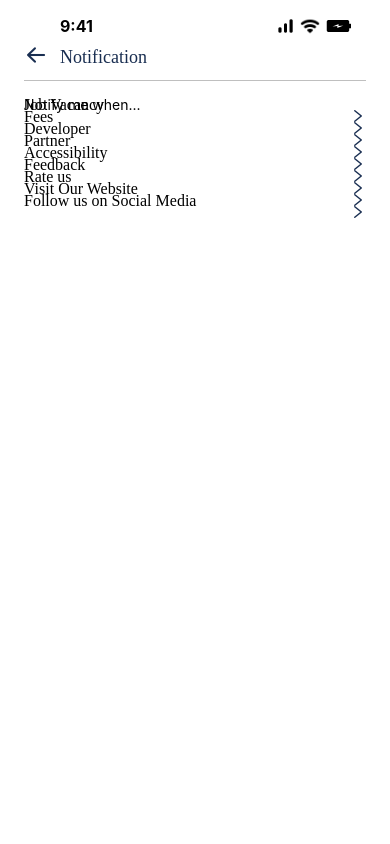
Repository: tnmod/Erabook
Screen: / (app in app/)
An editor plug-in stored every save of this project. The screen is shown before and after a run of saves, followed by the edit.
The app was drawn by React Native's web renderer in a window 390 px wide. The project was rebuilt for these pictures with package versions that can differ from the ones it lists, and the page was loaded fresh each time. Imported but missing from the stored project, and not drawn on this page: app/src/redux/features/CounterAPI.

Above is the screen before, as saved 2023-05-25 15:05:00.

After the next 8 saves:
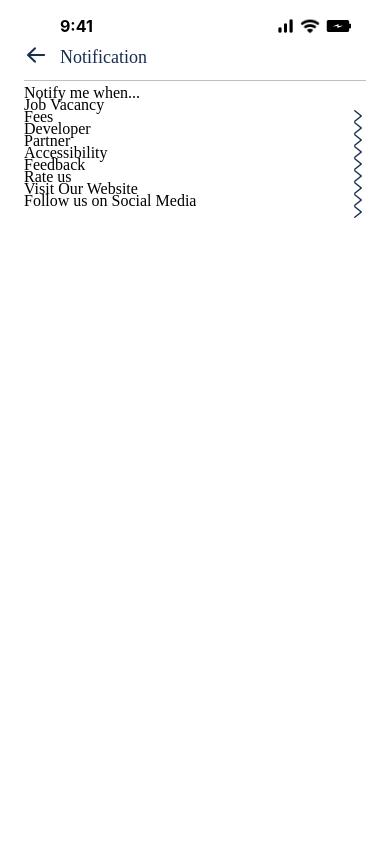
The 8 saves are shown as one change because 1 did not build or start and some came seconds apart.
The last was saved 28 s later.
--- a/app/src/screens/Notification/Notification.tsx
+++ b/app/src/screens/Notification/Notification.tsx
@@ -16,7 +16,7 @@ const Book: React.FC = () => {
         <View style={{ width: "100%", height: 0.5, backgroundColor: 'grey', opacity: 0.5, marginVertical: 12 }}></View>
         <View style={[{ marginTop: 12 }]}>
             <View style={[styles.container1]}>
-                <Text>Notify me when...</Text>
+                <Text style={[styles.text3]}>Notify me when...</Text>
             </View>
           <TouchableOpacity style={[styles.container1]}>
             <Text style={[styles.text3]}>Job Vacancy</Text>
